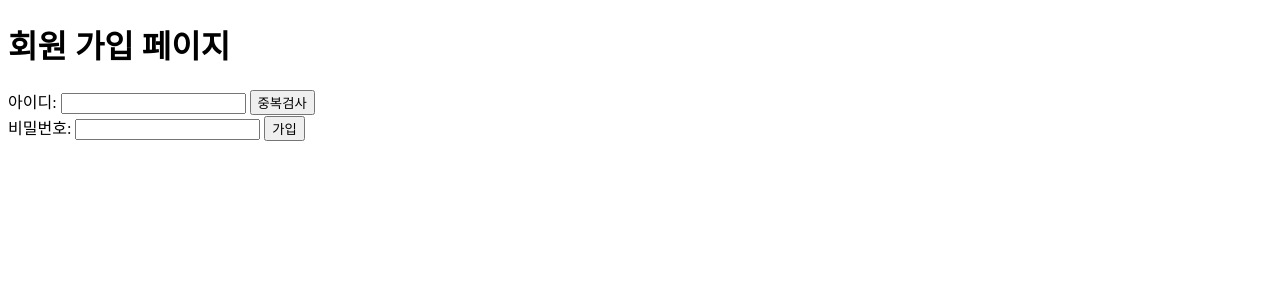
Repository: woneeseo/javastudy
Page: htmlStudy/workspace_html/HelloWorld/WebContent/d.html
These files come from the project's save history. The page is drawn as it stood at one moment and after the next save; the edit follows.
The browser window is 1280 px wide. The pictures show the whole page.

Above is the page before, as saved 2020-12-04 07:06:02.

After the next save:
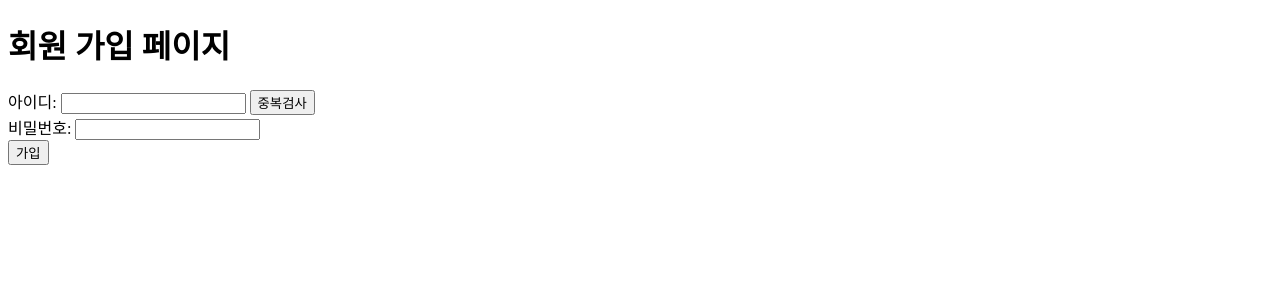
Saved 21 s later.
--- a/htmlStudy/workspace_html/HelloWorld/WebContent/d.html
+++ b/htmlStudy/workspace_html/HelloWorld/WebContent/d.html
@@ -16,7 +16,7 @@
 	<!-- id와 label을 묶어 줄 때에는 별도의 id를 만들어서 label태그에 for를 이용해 묶어준다. -->
 	<br>
 	<label for="pw">비밀번호: </label>
-	<input id="pw" type="password" name="pw">
+	<input id="pw" type="password" name="pw"> <br>
 	<input type="submit" value="가입">
 
 </form>
